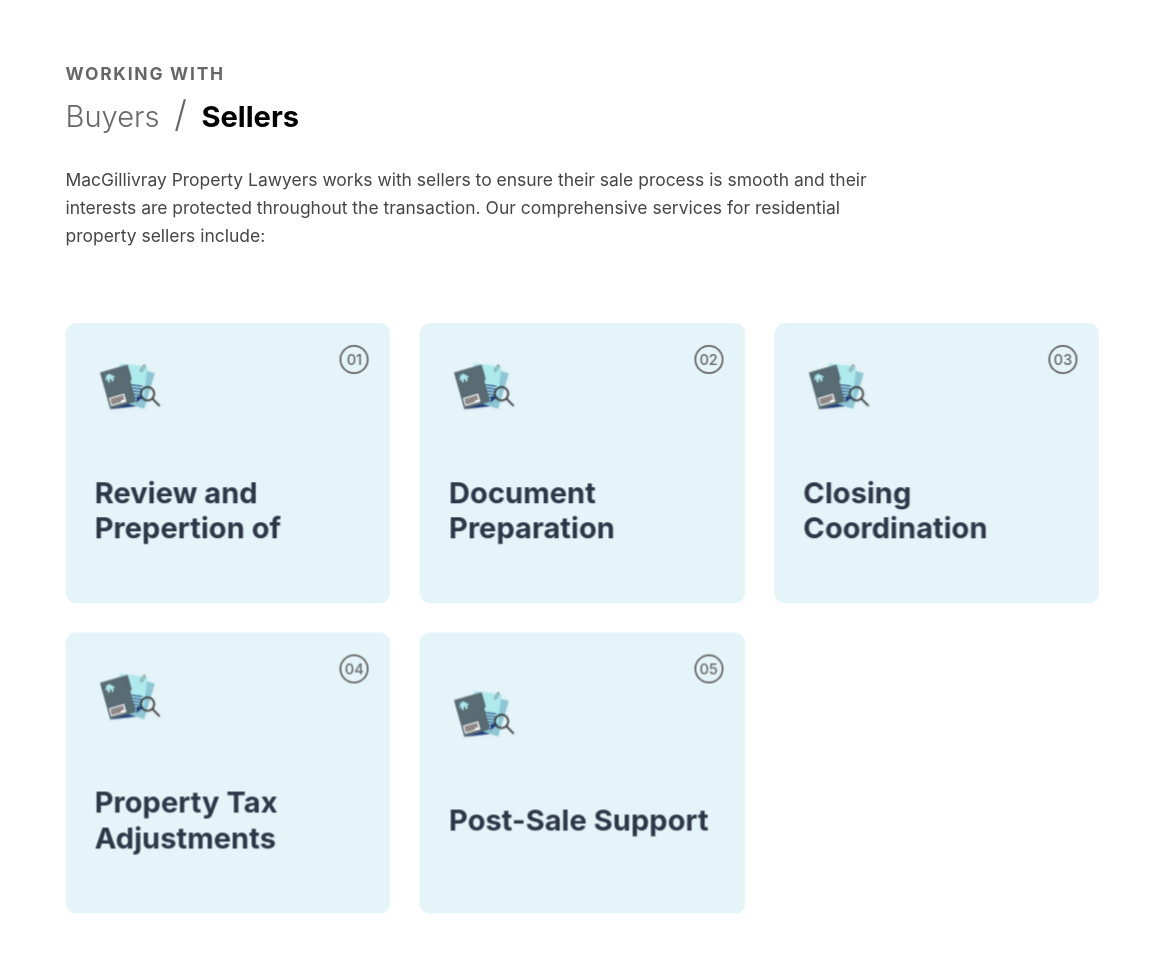
Repository: mibma/alphavent
Page: /sellers
An editor plug-in stored every save of this project. The page is shown before and after a run of saves, followed by the edit.
The browser window is 1280 px wide. The pictures show the whole page, at 91% of full size.
The project was rebuilt for these pictures with package versions that can differ from the ones it lists, and the page was loaded fresh each time. The framework's server and built-in components were replaced by stand-ins that run in the browser.

Above is the page before, as saved 2025-04-24 18:12:45.

After the next 2 saves:
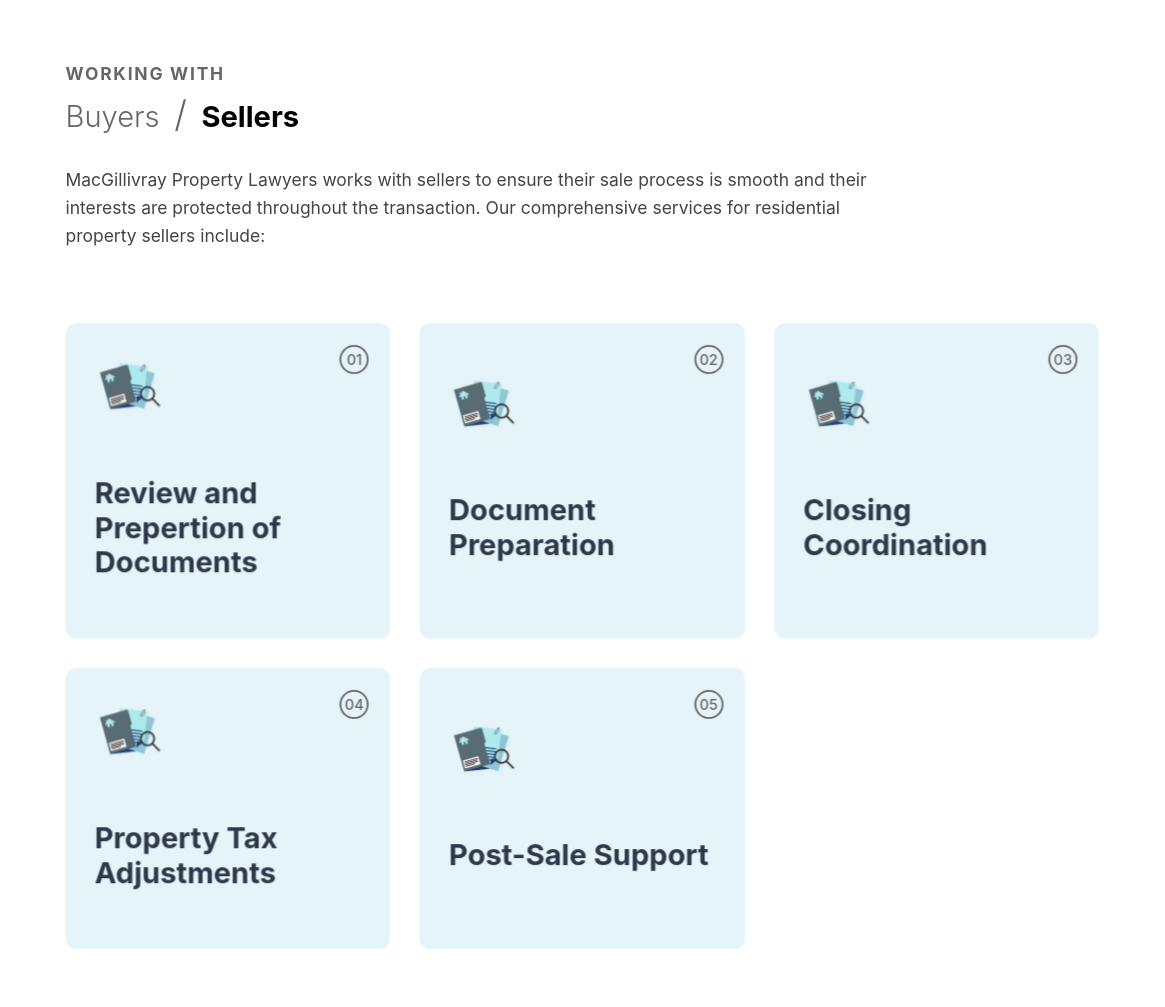
The 2 saves are shown as one change because they came seconds apart.
The last was saved 5 s later.
--- a/pages/sellers.js
+++ b/pages/sellers.js
@@ -8,7 +8,7 @@ import { useState } from 'react';
 const sellerServices = [
   {
     id: '01',
-    title: 'Review and Prepertion of ',
+    title: 'Review and Prepertion of Documents',
     icon: '/Capture.JPG'
   },
   {
